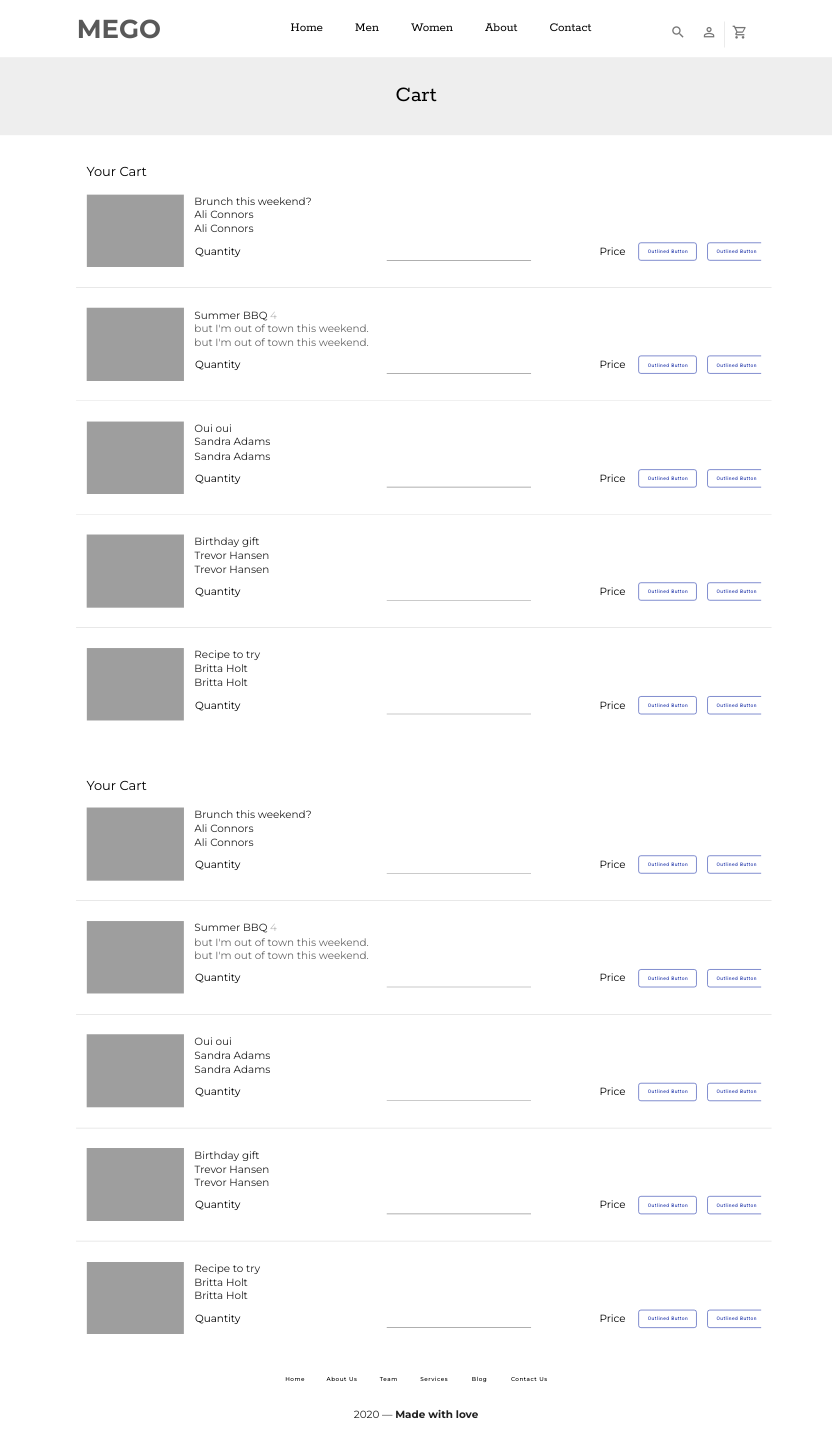
Repository: nguyenphuong152/mego-frontend
Page: /cart (app in frontend/)
These files come from the project's save history. The page is drawn as it stood at one moment and after the next save; the edit follows.
The browser window is 1280 px wide. The pictures show the whole page, at 65% of full size.
Pictures or frames that could not be fetched are drawn as grey boxes. The project was rebuilt for these pictures with package versions that can differ from the ones it lists, and the page was loaded fresh each time. Also part of the build but not shown: frontend/vue.config.js, frontend/src/components/Customer/Collection.vue, frontend/src/components/Customer/Banner.vue, frontend/src/components/Customer/BestSeller.vue, frontend/src/components/Customer/Partner.vue, frontend/src/views/Customer/Home.vue, frontend/src/components/Customer/ProductCategory.vue, frontend/src/components/Customer/ProductView.vue and 10 more. Imported but missing from the stored project, and not drawn on this page: frontend/src/views/Admin/Category.vue, frontend/src/views/Admin/ManageProduct.vue, frontend/src/views/Admin/ManageUser.vue, frontend/src/views/Admin/OrderList.vue.

Above is the page before, as saved 2020-11-26 16:55:36.

### frontend/public/index.html
<!DOCTYPE html>
<html lang="en">
  <head>
    <meta charset="utf-8">
    <head>
      <title>MEGO</title>
    </head>
    <meta http-equiv="X-UA-Compatible" content="IE=edge">
    <meta name="viewport" content="width=device-width,initial-scale=1.0">
    <link rel="icon" href="<%= BASE_URL %>favicon.ico">
    <title><%= htmlWebpackPlugin.options.title %></title>
    <link href="https://fonts.googleapis.com/css?family=Montserrat:300,400,500,600,700" rel="stylesheet">
    <link href="https://fonts.googleapis.com/css?family=Rokkitt:100,300,400,700" rel="stylesheet">
    <link rel="stylesheet" href="https://fonts.googleapis.com/css?family=Roboto:100,300,400,500,700,900">
    <link rel="stylesheet" href="https://cdn.jsdelivr.net/npm/@mdi/font@latest/css/materialdesignicons.min.css">
  </head>
  <body>
    <noscript>
      <strong>We're sorry but <%= htmlWebpackPlugin.options.title %> doesn't work properly without JavaScript enabled. Please enable it to continue.</strong>
    </noscript>
    <div id="app"></div>
    <!-- built files will be auto injected -->
  </body>
</html>

### frontend/src/main.js
import Vue from 'vue'
import App from './App.vue'
import vuetify from './plugins/vuetify';
import router from './router'
import '../sass/style.scss'
import 'bootstrap/dist/css/bootstrap.css'
import 'bootstrap-vue/dist/bootstrap-vue.css'
import { BootstrapVue, IconsPlugin } from 'bootstrap-vue'

Vue.use(BootstrapVue)
// Optionally install the BootstrapVue icon components plugin
Vue.use(IconsPlugin)
Vue.config.productionTip = false

new Vue({
  vuetify,
  router,
  render: h => h(App)
}).$mount('#app')

### frontend/src/App.vue
<template>
  <v-app app>
    <v-container v-if="!['Admin', 'Banner', 'Category','Product','ManageUser','OrderList','Dashboard'].includes($route.name)">
      <Toolbar />
    </v-container>
    <v-main>
      <router-view></router-view>
    </v-main>
      <Footer v-if="!['Admin', 'Banner', 'Category','Product','ManageUser','OrderList','Dashboard'].includes($route.name)"/>
  </v-app>

</template>

<script>

import Footer from "./components/Customer/Footer";
import Toolbar from "./components/Customer/Toolbar";

export default {
  name: "App",

  components: {
    Toolbar,
    Footer
  },

  data: () => ({
    //
  }),
};
</script>

### frontend/src/plugins/vuetify.js
import Vue from 'vue';
import Vuetify from 'vuetify/lib';


Vue.use(Vuetify);

const vuetify = new Vuetify({
    theme: {
      themes: {
        light: {
          primary: '#000',
          secondary: '#b0bec5',
          accent: '#8c9eff',
          error: '#b71c1c',
        },
      },
    },
  })

export default new Vuetify({
    vuetify,
});

### frontend/src/router/index.js
import Vue from "vue";
import VueRouter from "vue-router";
import Home from "../views/Customer/Home.vue";
import Men from "../views/Customer/Men.vue";
import Women from "../views/Customer/Women.vue";
import Admin from "../views/Admin/Admin.vue";
import Product from "../views/Admin/ManageProduct.vue";
import Banner from "../views/Admin/Banner.vue";
import Category from "../views/Admin/Category.vue";
import ManageUser from "../views/Admin/ManageUser.vue";
import OrderList from "../views/Admin/OrderList.vue";
import Dashboard from "../views/Admin/Dashboard.vue"
//import ProductDetail from "../views/ProductDetail.vue"

Vue.use(VueRouter);

const routes = [
  {
    path: "/",
    name: "Home",
    component: Home,
  },
  {
    path: "/men",
    name: "Men",
    component: Men,
  },
  {
    path: "/women",
    name: "Women",
    component: Women,
  },
  {
    path: "/about",
    name: "About",
    // route level code-splitting
    // this generates a separate chunk (about.[hash].js) for this route
    // which is lazy-loaded when the route is visited.
    component: () =>
      import(/* webpackChunkName: "about" */ "../views/Customer/About.vue"),
  },
  {
    path: "/contact",
    name: "Contact",
    component: () =>
      import(/* webpackChunkName: "about" */ "../views/Customer/Contact.vue"),
  },
  {
    path: "/cart",
    name: "Cart",
    component: () =>
      import(/* webpackChunkName: "about" */ "../views/Customer/Cart.vue"),
  },
  {
    path: "/account",
    name: "Account",
    component: () =>
      import(/* webpackChunkName: "about" */ "../views/Customer/Account.vue"),
  },
  {
    path: "/userlogin",
    name: "UserLogin",
    component: () =>
      import(/* webpackChunkName: "about" */ "../views/Customer/UserLogin.vue"),
  },
  {
    path: "/checkout",
    name: "Checkout",
    component: () =>
      import(/* webpackChunkName: "about" */ "../views/Customer/Checkout.vue"),
  },
  {
    path: "/product/:id",
    name: "ProductDetail",
    component: () =>
      import(/* webpackChunkName: "about" */ "../views/Customer/ProductDetail.vue"),
  },
  {
    path: "/admin",
    name: "Admin",
    component: Admin,
    children: [
      {
        path: "/banner",
        name: "Banner",
        component: Banner,
      },
      {
        path: "/category",
        name: "Category",
        component: Category,
      },
      {
        path: "/product",
        name: "Product",
        component: Product,
      },
      {
        path: "/manageuser",
        name: "ManageUser",
        component: ManageUser,
      },
      {
        path: "/orderlist",
        name: "OrderList",
        component: OrderList,
      },
      {
        path: "/dashboard",
        name: "Dashboard",
        component: Dashboard,
      },
    ],
  },
];

const router = new VueRouter({
  mode: "history",
  base: process.env.BASE_URL,
  routes,
});

export default router;

### frontend/sass/style.scss

$font-primary: 'Montserrat',
Arial,
sans-serif;
$font-secondary: 'Rokkitt',
Georgia,
serif;


@import '~vuetify/src/styles/styles.sass';

// Overrides
$grid-gutter-width: 20px !default;
$border-radius-base: 4px !default;
$padding-base-vertical: 14px !default;

$brand-primary: #616161 !default;
$brand-secondary: #88c8bc !default;
$brand-yellow: #FFDD00 !default;
$brand-footer-color: #2C2E3E;

$brand-white: #fff;
$brand-black: #000;
$brand-darker: #444;
$brand-gray: #ccc;
$brand-lighter: #e9e9e9;
$brand-body-color: #e8e8e8;
$brand-selection-color: #f9f6f0;
$brand-overlay-color: #4c4a8a;
$brand-bg-color: $brand-white;

.v-btn {
  text-transform:none !important;
}
// .v-text-field{
//   width: 50px;
//   height: 10px;
// }

#app {
  -webkit-font-smoothing: antialiased;
  -moz-osx-font-smoothing: grayscale;

  text-align: center;
  .container {
    max-width: 1100px;
  }
  font: 300
}

.nav {
  padding-left: 0px;
  a {
    font-size: 20px;
    color: lighten($brand-black,35%);
    font-family: $font-secondary;
    text-decoration: none;
    font-weight: 500;
    &.router-link-exact-active {
      color: #42b983;
    }

  }
}

#logo {
  font-size: 40px;
  font-weight: 700;
  font-family: $font-primary;
  color: lighten($brand-black, 35%);
}


.slogan {
  font-size: 50px;
  color: #2c3e50;
  font-family: $font-secondary;
  text-decoration: none;
}

.title-collection{
  @extend .slogan;
  font-size: 25px;
}


.slogan-3 {
  @extend .slogan;
  font-size: 35px;
}

.title-shoes {
  @extend .slogan;
  font-size: 20px;
}


.footer-text {
  font-family:$font-primary;
  font-size: 16px;
}

.admin {
  font-family: $font-primary;
  font-size:16px;
}

.admin-nav {
  font-family: $font-primary !important;
  font-size: 20px !important;
  color: white !important;
}

### frontend/src/components/Customer/Footer.vue
<template>
  <v-footer class="white" padless>
    <v-row justify="center" no-gutters>
      <v-btn
        v-for="link in links"
        :key="link"
        color="black"
        text
        rounded
        class="my-2 footer-text"
      >
        {{ link }}
      </v-btn>
      <v-col class="white py-4 text-center fluid footer-text" cols="12">
        {{ new Date().getFullYear() }} — <strong>Made with love</strong>
      </v-col>
    </v-row>
  </v-footer>
</template>

<script>
export default {
  data: () => ({
    links: ["Home", "About Us", "Team", "Services", "Blog", "Contact Us"],
  }),
};
</script>

<style></style>

### frontend/src/components/Customer/Toolbar.vue
<template>
  <v-toolbar flat>
    <v-row class="d-flex align-baseline">
      <v-col cols="3" class="d-flex justify-lg-start">
        <v-toolbar-title id="logo">MEGO</v-toolbar-title>
      </v-col>
      <v-col class="d-flex justify-space-around text-start nav">
        <router-link to="/">Home</router-link>
        <router-link to="/men">Men</router-link>
        <router-link to="/women">Women</router-link>
        <router-link to="/about">About</router-link>
        <router-link to="/contact">Contact</router-link>
      </v-col>
      <v-col cols="2" class="d-flex justify-end">
        <v-btn icon>
          <v-icon>mdi-magnify</v-icon>
        </v-btn>
        <v-menu
          open-on-hover
          top
          offset-y
          :position-x="960"
          :position-y="230"
          absolute
        >
          <template v-slot:activator="{ on, attrs }">
            <v-btn icon v-bind="attrs" v-on="on">
              <v-icon>mdi-account-outline</v-icon>
            </v-btn>
          </template>

          <v-list class="text-start nav">
            <v-list-item v-for="(item, index) in routes" :key="index" :to="item.path">
              <v-list-item-title>{{ item.name }}</v-list-item-title>
            </v-list-item>
          </v-list>
        </v-menu>
        <v-divider vertical inset></v-divider>
        <v-btn icon @click="goToCart">
          <v-icon>mdi-cart-outline</v-icon>
        </v-btn>
      </v-col>
    </v-row>
  </v-toolbar>
</template>

<script>
export default {
  data: () => ({
    routes: [
      {
        path:"/checkout",
        name:"Check Out"
       },
       {
        path:"/account",
        name:"My Account"
       },
       {
        path:"/userlogin",
        name:"User Login"
       },

    ],
  }),
  methods: {
     goToCart: function() {
     this.$router.push({name: 'Cart'})
     }
  }
};
</script>

<style></style>

### frontend/src/views/Customer/Cart.vue
<template>
  <div class="cart app">
   <v-sheet color="grey lighten-3" height="120">
      <v-container py-8>
        <a class="slogan-3">Cart</a>
      </v-container>
    </v-sheet>
     <div>
       <v-container>
 <v-row>
         <v-col>
<totalProducts/>
         </v-col>
   <v-col>
<totalProducts/>
         </v-col>
       </v-row>
       </v-container>

  </div>
  </div>
</template>

<script>

import totalProducts from '../../components/Customer/TotalProducts'


export default {
  components: {totalProducts},
   data () {

   }
}
</script>

### frontend/src/components/Customer/TotalProducts.vue
<template>
  <v-container class="app">
    <v-list three-line>
      <template v-for="(item, index) in items">
        <v-subheader
          class="admin-nav black--text"
          v-if="item.header"
          :key="item.header"
          v-text="item.header"
        ></v-subheader>

        <v-divider v-else-if="item.divider" :key="index"></v-divider>

        <v-list-item v-else :key="item.title">
          <v-img :src="item.avatar" max-height="150" max-width="150"></v-img>
          <v-list-item-content class="text-start ml-4">
            <v-list-item-title
              v-html="item.title"
              class="admin"
            ></v-list-item-title>
            <v-list-item-subtitle
              class="admin"
              v-html="item.subtitle"
            ></v-list-item-subtitle>
            <v-list-item-subtitle
              class="admin"
              v-html="item.subtitle"
            ></v-list-item-subtitle>
            <v-row class="pl-4 d-flex align-center">
              <v-col class="pa-0 admin " cols="4">
                <a>Quantity</a>
              </v-col>
              <v-col class="pa-0 admin" cols="3">
                <v-text-field single-line></v-text-field>
              </v-col>
              <v-col class="text-end admin">
                <a> Price</a>
              </v-col>
               <v-btn  small class="ma-2" outlined color="indigo">
              Outlined Button
            </v-btn>
            <v-btn small class="ma-2" outlined color="indigo">
              Outlined Button
            </v-btn>
            </v-row>

          </v-list-item-content>
        </v-list-item>
      </template>
    </v-list>
  </v-container>
</template>

<script>
export default {
  data: () => ({
    items: [
      { header: "Your Cart" },
      {
        avatar: "https://cdn.vuetifyjs.com/images/lists/1.jpg",
        title: "Brunch this weekend?",
        subtitle: `<span class="text--primary">Ali Connors</span>`,
      },
      { divider: true, inset: true },
      {
        avatar: "https://cdn.vuetifyjs.com/images/lists/2.jpg",
        title: 'Summer BBQ <span class="grey--text text--lighten-1">4</span>',
        subtitle: `but I'm out of town this weekend.`,
      },
      { divider: true, inset: true },
      {
        avatar: "https://cdn.vuetifyjs.com/images/lists/3.jpg",
        title: "Oui oui",
        subtitle: '<span class="text--primary">Sandra Adams</span> ',
      },
      { divider: true, inset: true },
      {
        avatar: "https://cdn.vuetifyjs.com/images/lists/4.jpg",
        title: "Birthday gift",
        subtitle: '<span class="text--primary">Trevor Hansen</span> ',
      },
      { divider: true, inset: true },
      {
        avatar: "https://cdn.vuetifyjs.com/images/lists/5.jpg",
        title: "Recipe to try",
        subtitle: '<span class="text--primary">Britta Holt</span>',
      },
    ],
    size: ["Foo", "Bar", "Fizz", "Buzz"],
  }),
};
</script>

<style></style>

After the next save:
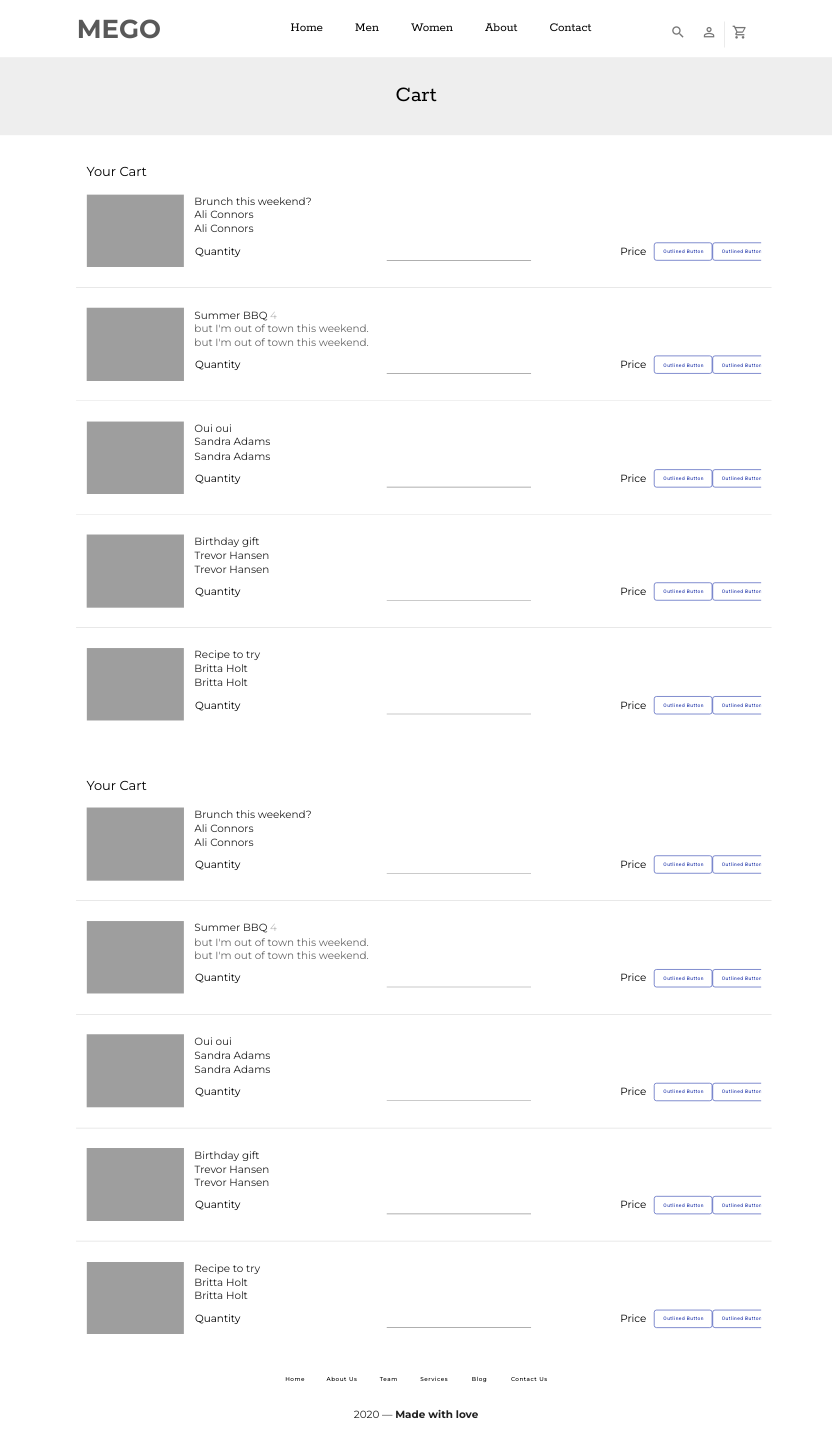
Saved 59 s later.
--- a/frontend/src/components/Customer/TotalProducts.vue
+++ b/frontend/src/components/Customer/TotalProducts.vue
@@ -36,10 +36,10 @@
               <v-col class="text-end admin">
                 <a> Price</a>
               </v-col>
-               <v-btn  small class="ma-2" outlined color="indigo">
+               <v-btn  small  outlined color="indigo">
               Outlined Button
             </v-btn>
-            <v-btn small class="ma-2" outlined color="indigo">
+            <v-btn small  outlined color="indigo">
               Outlined Button
             </v-btn>
             </v-row>
